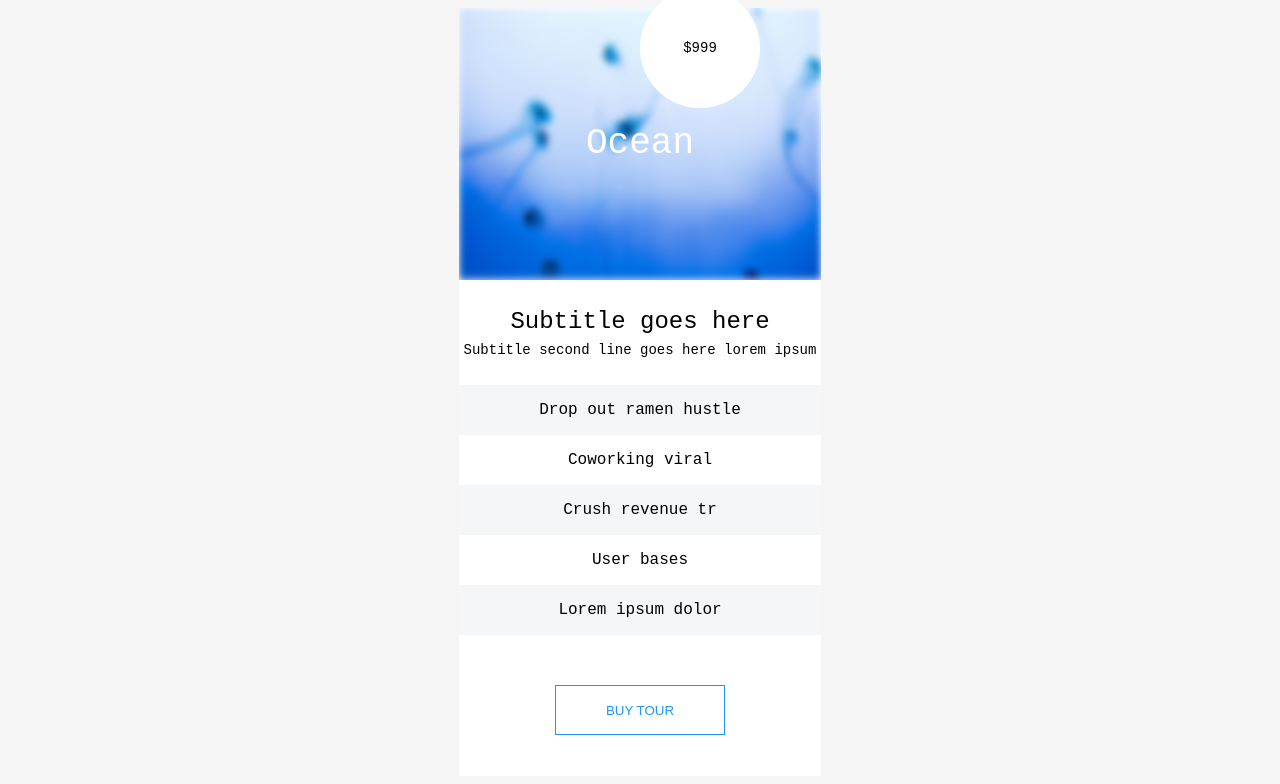
Repository: HoanTiny/pricetable
Page: index.html
The author's editor kept a copy of each file at every save. The page is drawn from the files as they stood at one save, then again after the next save.
The browser window is 1280 px wide. The pictures show the whole page.

Above is the page before, as saved 2022-07-04 10:28:31.

### index.html
<!DOCTYPE html>
<html lang="en">
    <head>
        <meta charset="UTF-8" />
        <meta http-equiv="X-UA-Compatible" content="IE=edge" />
        <meta name="viewport" content="width=device-width, initial-scale=1.0" />
        <title>PriceTable</title>
        <link rel="stylesheet" href="./assests/css/style.css" />
    </head>
    <body>
        <div class="container">
            <div class="price-table">
                <div class="img">
                    <img src="./assests/img/ocean.png" alt="logo" />
                    <span>Ocean</span>
                </div>
                <div class="title">
                    <div class="title_header">
                        <p>Subtitle goes here</p>
                        <span>Subtitle second line goes here lorem ipsum</span>
                    </div>
                    <div class="title_list">
                        <ul>
                            <li>Drop out ramen hustle</li>
                            <li>Coworking viral</li>
                            <li>Crush revenue tr</li>
                            <li>User bases</li>
                            <li>Lorem ipsum dolor</li>
                        </ul>
                    </div>
                    <div class="title_btn">
                        <button type="">Buy Tour</button>
                    </div>
                    <div class="price">$999</div>
                </div>
            </div>
        </div>
    </body>
</html>

### assests/css/style.css
body {
    background-color: #f5f5f5;
    font-family: "Courier New", Courier, monospace;
    font-size: 14px;
    line-height: 1.5;
    min-height: 100vh;
    display: flex;
    justify-content: center;
    align-items: center;
}

* {
    box-sizing: border-box;
}

.container {
    display: flex;
}

.price-table {
    width: 362px;
    height: 768px;
    background-color: #fff;
    position: relative;
}

.img {
    position: relative;
    height: 272px;
    width: 100%;
}

.img span {
    position: absolute;
    top: 50%;
    left: 50%;
    transform: translate(-50%, -50%);
    font-size: 36px;
    color: #fff;
}

img {
    width: 100%;
    height: 100%;
}

.title_header {
    text-align: center;
    margin: 24px 0;
}

.title_header p {
    font-size: 24px;
    margin: 0;
}

.title_header span {
    font-size: 14px;
}

.title_list ul {
    text-align: center;
    padding-left: 0;
    list-style: none;
}

.title_list ul li {
    font-size: 16px;
    height: 50px;
    line-height: 50px;
}

.title_list ul li:nth-child(odd) {
    background-color: #f4f6f7;
}

.title_btn {
    margin-top: 50px;
    text-align: center;
}

.title_btn button {
    width: 170px;
    height: 50px;
    border: 1px solid #2196f7;
    background-color: #fff;
    text-transform: uppercase;
    color: #2196f7;
}

.price {
    position: absolute;
    top: -20px;
    left: 50%;
    width: 120px;
    height: 120px;
    border-radius: 50%;
    background-color: #fff;
    display: flex;
    justify-content: center;
    align-items: center;
}

After the next save:
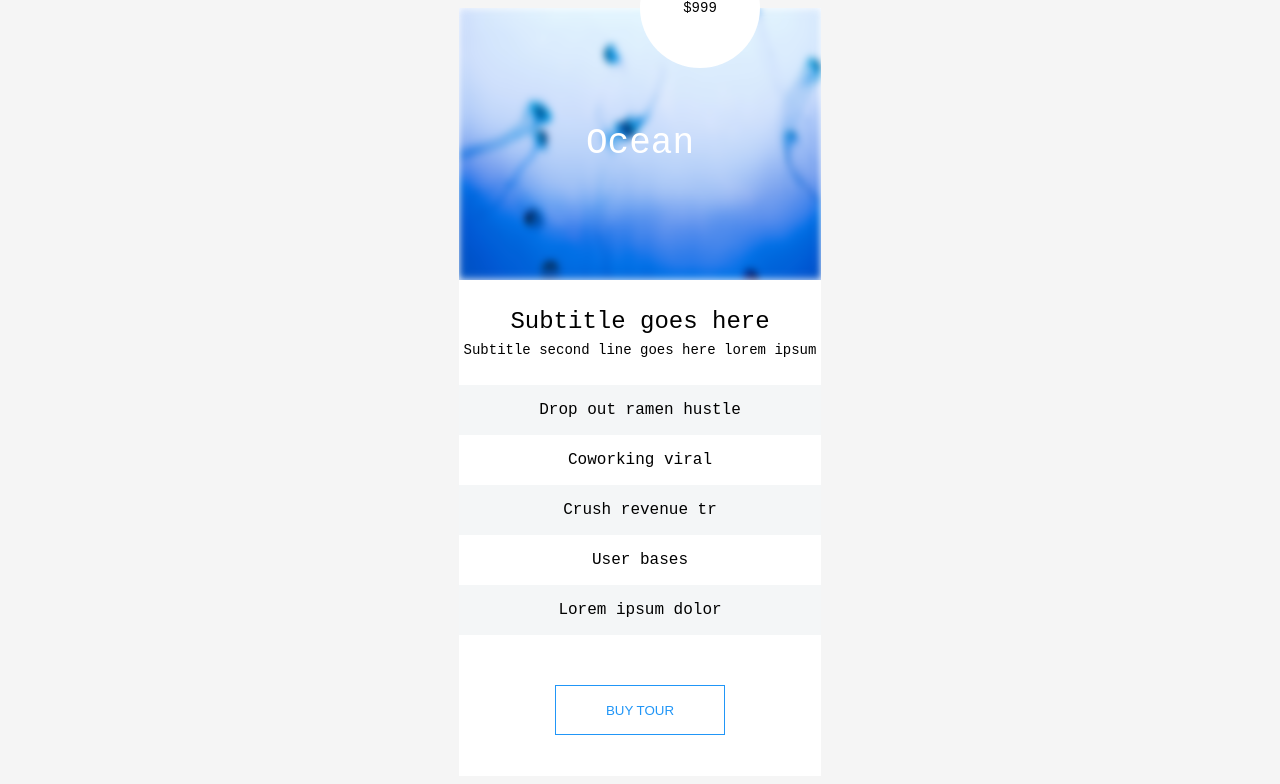
Saved 17 s later.
--- a/assests/css/style.css
+++ b/assests/css/style.css
@@ -90,7 +90,7 @@ img {
 
 .price {
     position: absolute;
-    top: -20px;
+    top: -60px;
     left: 50%;
     width: 120px;
     height: 120px;
